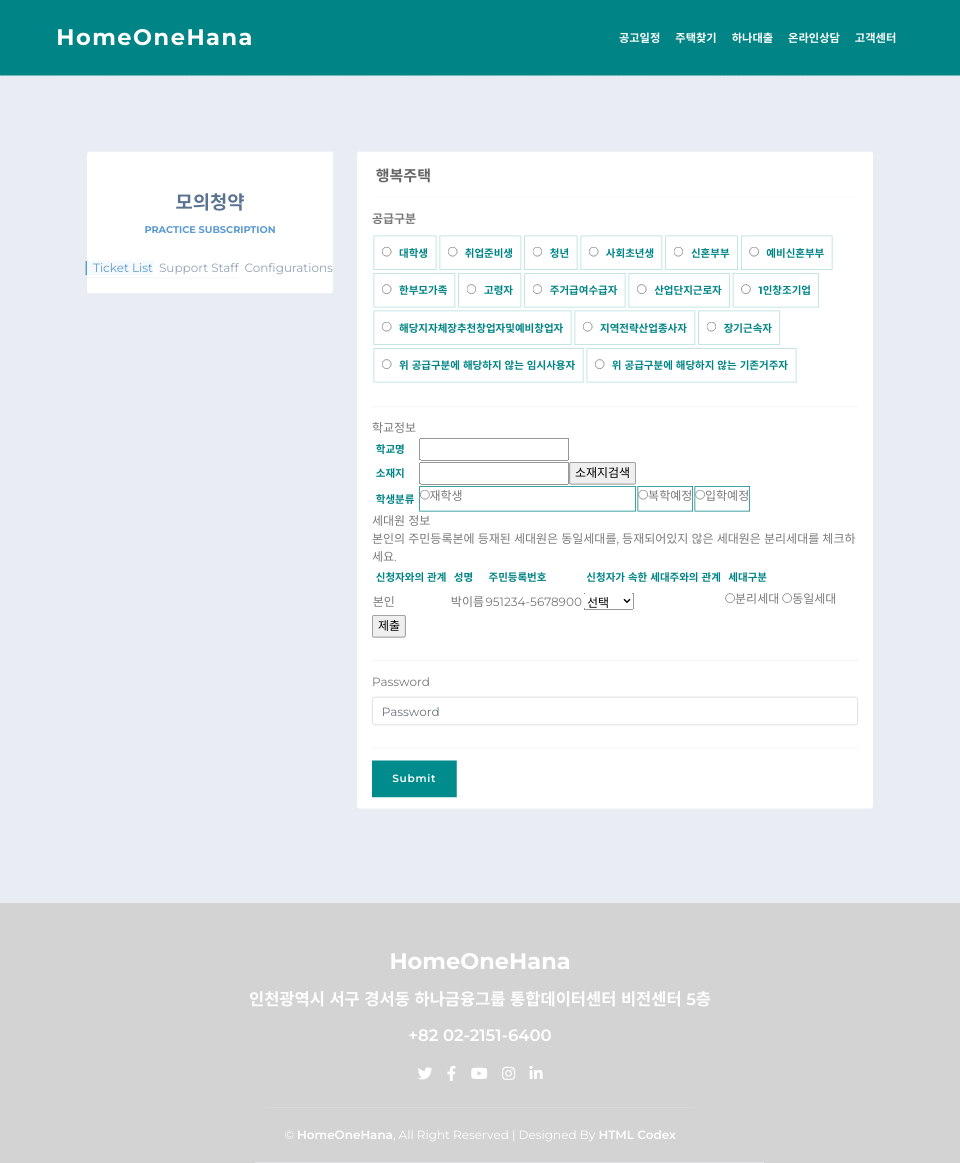
Repository: koposoftware/2021_10_syyoon
Page: http://localhost/HomeOneHana/WEB-INF/jsp/subscription/subscription.jsp
An editor plug-in stored every save of this project. The page is shown before and after the next save, followed by the edit.
The browser window is 1280 px wide. The pictures show the whole page, at 75% of full size.
Some icons come from a web library that is not loaded, so they are not drawn. Some web libraries are served in a nearby version. The page is served by Tomcat 9. Nobody is signed in. Other server files are loaded and not shown. The template is opened directly, without the code that normally fills it, so the values that code supplies are empty.

Above is the page before, as saved 2021-09-14 23:21:41.

### project/Spring-mvc/HomeOneHana/src/main/webapp/WEB-INF/jsp/subscription/subscription.jsp
<%@ page language="java" contentType="text/html; charset=UTF-8"
    pageEncoding="UTF-8"%>
<%@ taglib prefix="c" uri="http://java.sun.com/jsp/jstl/core" %>
<!DOCTYPE html>
<html>
<head>
<meta charset="UTF-8">
<title>HomeOneHana::</title>
<link href="${ pageContext.request.contextPath }/resources/css/top/menubg.css" rel="stylesheet">
<link href="${ pageContext.request.contextPath }/resources/css/subscription/subscription.css" rel="stylesheet">
<script src="https://code.jquery.com/jquery-3.6.0.js"></script>
</head>
<body>
	<header>
		<div class="limiter">
			<div class="container-login100">
				<div class="wrap-login100">
					<jsp:include page="../include/topMenu.jsp" />
				</div>
			</div>
		</div>

	</header>
	<section>

		<div class="container">
			<div class="col-md-12 bgcol">
			    <div class="col-md-4">
			        <div class="portlet light profile-sidebar-portlet bordered">
			            <div class="profile-usertitle">
			                <div class="profile-usertitle-name"> 모의청약 </div>
			                <div class="profile-usertitle-job"> practice subscription </div>
			            </div>

			            <div class="profile-usermenu">
			                <ul class="nav">
			                    <li class="active">
			                        <a href="#">
			                            <i class="icon-home"></i> Ticket List </a>
			                    </li>
			                    <li>
			                        <a href="#">
			                            <i class="icon-settings"></i> Support Staff </a>
			                    </li>
			                    <li>
			                        <a href="#">
			                            <i class="icon-info"></i> Configurations </a>
			                    </li>
			                </ul>
			            </div>
			        </div>
			    </div>
			    <div class="col-md-8">
			        <div class="portlet light bordered">
			            <div class="portlet-title tabbable-line">
			                <div class="caption caption-md">
			                    <i class="icon-globe theme-font hide"></i>
			                    <span class="caption-subject font-blue-madison bold uppercase">행복주택</span>
			                </div>
			            </div>
			            <div class="portlet-body">
			                <div>


			                    <!-- Tab panes -->
			                    <div class="tab-content">
			                        <div role="tabpanel" class="tab-pane active" id="home">
			                            <form method="get" action="${ pageContext.request.contextPath }/subscription">
			                              <div class="form-group" >
			                                <label class="ititle" >공급구분</label>
			                                	<ul class="nav btnBox" id="inputcerti">
			                                		<li class="btnOutline"><input type="radio" onClick="getvalue(this.value)" id="대학생" value="대학생" name="certification" ><label class="icontent" for="대학생"> 대학생</label></li>
			                                		<li class="btnOutline"><input type="radio" onClick="getvalue(this.value)" id="취업준비생" value="취업준비생" name="certification" ><label class="icontent" for="취업준비생"> 취업준비생</label></li>
			                                		<li class="btnOutline"><input type="radio" onClick="getvalue(this.value)" id="청년" value="청년" name="certification" ><label class="icontent" for="청년"> 청년</label></li>
			                                		<li class="btnOutline"><input type="radio" onClick="getvalue(this.value)" id="사회초년생" value="사회초년생" name="certification" ><label class="icontent" for="사회초년생"> 사회초년생</label></li>
			                                		<li class="btnOutline"><input type="radio" onClick="getvalue(this.value)" id="신혼부부"  value="신혼부부" name="certification" ><label class="icontent" for="신혼부부" > 신혼부부</label></li>
			                                		<li class="btnOutline"><input type="radio" onClick="getvalue(this.value)" id="예비신혼부부" value="예비신혼부부" name="certification" ><label class="icontent" for="예비신혼부부"> 예비신혼부부</label></li>
			                                		<li class="btnOutline"><input type="radio" onClick="getvalue(this.value)" id="한부모가족" value="한부모가족" name="certification" ><label class="icontent" for="한부모가족"> 한부모가족</label></li>
			                                		<li class="btnOutline"><input type="radio" onClick="getvalue(this.value)" id="고령자" value="고령자" name="certification" ><label class="icontent" for="고령자"> 고령자</label></li>
			                                		<li class="btnOutline"><input type="radio" onClick="getvalue(this.value)" id="주거급여수급자" value="주거급여수급자" name="certification" ><label class="icontent" for="주거급여수급자"> 주거급여수급자</label></li>
			                                		<li class="btnOutline"><input type="radio" onClick="getvalue(this.value)" id="산업단지근로자" value="산업단지근로자" name="certification" ><label class="icontent" for="산업단지근로자"> 산업단지근로자</label></li>
			                                		<li class="btnOutline"><input type="radio" onClick="getvalue(this.value)" id="1인창조기업" value="1인 창조기업" name="certification" ><label class="icontent" for="1인창조기업"> 1인창조기업</label></li>
			                                		<li class="btnOutline"><input type="radio" onClick="getvalue(this.value)" id="해당지자체장추천창업자및예비창업자" value="해당 지자체장 추천 창업자 및 예비 창업자" name="certification" ><label class="icontent" for="해당지자체장추천창업자및예비창업자"> 해당지자체장추천창업자및예비창업자</label></li>
			                                		<li class="btnOutline"><input type="radio" onClick="getvalue(this.value)" id="지역전략산업종사자" value="지역전략산업 종사자" name="certification" ><label class="icontent" for="지역전략산업종사자"> 지역전략산업종사자</label></li>
			                                		<li class="btnOutline"><input type="radio" onClick="getvalue(this.value)" id="장기근속자" value="장기근속자" name="certification" ><label class="icontent" for="장기근속자"> 장기근속자</label></li>
			                                		<li class="btnOutline"><input type="radio" onClick="getvalue(this.value)" id="etc1" value="위 공급구분에 해당하지 않는 임시사용자" name="certification" ><label class="icontent" for="etc1"> 위 공급구분에 해당하지 않는 임시사용자</label></li>
			                                		<li class="btnOutline"><input type="radio" onClick="getvalue(this.value)" id="etc2" value="위 공급구분에 해당하지 않는 기존거주자" name="certification" ><label class="icontent" for="etc2"> 위 공급구분에 해당하지 않는 기존거주자</label></li>
			                                	</ul>
			                              </div>
			                                <div id="ranking-group">

			                                </div>
			                                <div id="agree-group">
			                                	<div class="form-group">


			                                			<div>학교정보</div>
				                                		<table>
				                                			<tr>
				                                				<th><div class="icontent">학교명</div></th>
				                                				<td><input type="text" name="schoolname"></td>
				                                			</tr>
				                                			<tr>
				                                				<th><div class="icontent">소재지</div></th>
				                                				<td><input type="text" name="schooladdr"><input type="button" value="소재지검색"></td>
				                                			</tr>
				                                			<tr>
				                                				<th><div class="icontent">학생분류</div></th>
				                                				<td><div style="border:1px solid #008485;"><input type="radio" id="재학생" name="schooltype" value="재학생"><label for="재학생"  class="ranktitle"> 재학생</label></div></td>
				                                				<td><div style="border:1px solid #008485;"><input type="radio" id="복학예정" name="schooltype" value="복학예정"><label for="복학예정"  class="ranktitle"> 복학예정</label></div></td>
				                                				<td><div style="border:1px solid #008485;"><input type="radio" id="입학예정" name="schooltype" value="입학예정"><label for="입학예정"  class="ranktitle"> 입학예정</label></div></td>
				                                			</tr>
				                                		</table>


				                                		<div>세대원 정보</div>
				                                		<div>본인의 주민등록본에 등재된 세대원은 동일세대를, 등재되어있지 않은 세대원은 분리세대를 체크하세요.</div>
				                                		<table>
				                                			<thead>
					                                			<tr>
					                                				<th><div class="icontent">신청자와의 관계</div></th>
					                                				<th><div class="icontent">성명</div></th>
					                                				<th><div class="icontent">주민등록번호</div></th>
					                                				<th><div class="icontent">신청자가 속한 세대주와의 관계</div></th>
					                                				<th><div class="icontent">세대구분</div></th>
					                                			</tr>
				                                			</thead>
				                                			<tbody>
				                                				<tr>
				                                					<td>본인</td>
				                                					<td>박이름</td>
				                                					<td>951234-5678900</td>
				                                					<td><select>
				                                							<option selected>선택</option>
				                                							<option>부모</option>
				                                							<option>자식</option>
				                                							<option>형제</option>
				                                							<option>조부모</option>
				                                						</select>
				                                					</td>
				                                					<td>
				                                						<input type="radio" id="seperate" name="familytype" value="분리세대"><label for="seperate" >분리세대</label>
				                                						<input type="radio" id="same" name="familytype" value="동일세대"><label for="same" >동일세대</label>
				                                					</td>
				                                			</tbody>
				                                		</table>
				                                		<input type="submit" value="제출">



				                              </div>

			                                </div>

			                              <div class="form-group">
			                                <label for="exampleInputPassword1">Password</label>
			                                <input type="password" class="form-control" id="exampleInputPassword1" placeholder="Password">
			                              </div>

			                              <button type="submit" class="btn btn-default">Submit</button>
			                            </form>
			                        </div>
			                        <div role="tabpanel" class="tab-pane" id="profile">Profile</div>
			                        <div role="tabpanel" class="tab-pane" id="messages">Messages</div>
			                        <div role="tabpanel" class="tab-pane" id="settings">Settings</div>
			                    </div>

			                </div>
			            </div>
			        </div>
			    </div>
			</div>
			</div>

	</section>
	<script src="${ pageContext.request.contextPath }/resources/js/subscription/subscription.js"></script>
	<footer>
		<jsp:include page="../include/bottomMenu.jsp" />
	</footer>
</body>
</html>

### project/Spring-mvc/HomeOneHana/src/main/webapp/WEB-INF/jsp/include/topMenu.jsp
<%@ page language="java" contentType="text/html; charset=UTF-8"
    pageEncoding="UTF-8"%>
<%@ taglib prefix="c" uri="http://java.sun.com/jsp/jstl/core" %>

        <meta content="width=device-width, initial-scale=1.0" name="viewport">
        <meta content="Free Website Template" name="keywords">
        <meta content="Free Website Template" name="description">


		<!-- font-awesome icon  -->
		<link href="//maxcdn.bootstrapcdn.com/font-awesome/4.1.0/css/font-awesome.min.css" rel="stylesheet" />

        <!-- Favicon -->
        <!-- <link href="/Practice-Web/Front/img/favicon.ico" rel="icon"> -->

        <!-- Google Font -->
        <link href="https://fonts.googleapis.com/css2?family=Montserrat:wght@300;400;500;600;700&display=swap" rel="stylesheet">
		<link href="https://fonts.googleapis.com/css2?family=Noto+Sans+KR:wght@100&display=swap" rel="stylesheet">

        <!-- CSS Libraries -->
        <link href="https://stackpath.bootstrapcdn.com/bootstrap/4.4.1/css/bootstrap.min.css" rel="stylesheet">
        <link href="https://cdnjs.cloudflare.com/ajax/libs/font-awesome/5.10.0/css/all.min.css" rel="stylesheet">

        <link href="${ pageContext.request.contextPath }/resources/lib/animate/animate.min.css" rel="stylesheet">
        <link href="${ pageContext.request.contextPath }/resources/lib/owlcarousel/assets/owl.carousel.min.css" rel="stylesheet">
        <link href="${ pageContext.request.contextPath }/resources/lib/lightbox/css/lightbox.min.css" rel="stylesheet">



        <!-- Template Stylesheet -->
        <link href="${ pageContext.request.contextPath }/resources/css/style.css" rel="stylesheet">

<!-- Nav Bar Start -->
<div class="navbar navbar-expand-lg bg-light navbar-light">
    <div class="container-fluid">
        <a href="${ pageContext.request.contextPath }/" class="navbar-brand">HomeOneHana</a>
        <button type="button" class="navbar-toggler" data-toggle="collapse" data-target="#navbarCollapse">
            <span class="navbar-toggler-icon"></span>
        </button>

        <div class="collapse navbar-collapse justify-content-between" id="navbarCollapse">
            <div class="navbar-nav ml-auto">
                <!-- <a href="Front/index2.jsp" class="nav-item nav-link active">Home</a> -->
                <a href="${ pageContext.request.contextPath }/schedule" class="nav-item nav-link">공고일정</a>
                <a href="${ pageContext.request.contextPath }/search" class="nav-item nav-link">주택찾기</a>
                <a href="${ pageContext.request.contextPath }/loan" class="nav-item nav-link">하나대출</a>
                <a href="${ pageContext.request.contextPath }/consult/reservation" class="nav-item nav-link">온라인상담</a>
                <a href="#" class="nav-item nav-link">고객센터</a>


                <%--로그인사용자만 접근가능 --%>
                <c:if test="${ not empty sessionScope.loginVO  }">
	               	<a href="${ pageContext.request.contextPath }/logout" class="nav-item nav-link">로그아웃</a>
	                <a href="#" class="nav-item nav-link"><i class="fas fa-user-circle fa-3x"></i></a>
                </c:if>

            </div>
        </div>
    </div>
</div>

### project/Spring-mvc/HomeOneHana/src/main/webapp/WEB-INF/jsp/include/bottomMenu.jsp
<%@ page language="java" contentType="text/html; charset=UTF-8"
    pageEncoding="UTF-8"%>
		<!-- Footer Start -->
        <div class="footer wow fadeIn" data-wow-delay="0.3s">
            <div class="container-fluid">
                <div class="container">
                    <div class="footer-info">
                        <h2>HomeOneHana</h2>
                        <h3>인천광역시 서구 경서동 하나금융그룹 통합데이터센터 비전센터 5층</h3>
                        <div class="footer-menu">
                            <p>+82 02-2151-6400</p>
                        </div>
                        <div class="footer-social">
                            <a href=""><i class="fab fa-twitter"></i></a>
                            <a href=""><i class="fab fa-facebook-f"></i></a>
                            <a href=""><i class="fab fa-youtube"></i></a>
                            <a href=""><i class="fab fa-instagram"></i></a>
                            <a href=""><i class="fab fa-linkedin-in"></i></a>
                        </div>
                    </div>
                </div>
                <div class="container copyright">
                    <p>&copy; <a href="#">HomeOneHana</a>, All Right Reserved | Designed By <a href="https://htmlcodex.com">HTML Codex</a></p>
                </div>
            </div>
        </div>
        <!-- Footer End -->


        <!-- Back to top button -->
        <a href="#" class="btn back-to-top"><i class="fa fa-chevron-up"></i></a>


        <!-- Pre Loader -->
        <div id="loader" class="show">
            <div class="loader"></div>
        </div>


		<!-- JavaScript Libraries -->
        <script src="https://code.jquery.com/jquery-3.4.1.min.js"></script>
        <script src="https://stackpath.bootstrapcdn.com/bootstrap/4.4.1/js/bootstrap.bundle.min.js"></script>
        <script src="${ pageContext.request.contextPath }/resources/lib/easing/easing.min.js"></script>
        <script src="${ pageContext.request.contextPath }/resources/lib/wow/wow.min.js"></script>
        <script src="${ pageContext.request.contextPath }/resources/lib/waypoints/waypoints.min.js"></script>
        <script src="${ pageContext.request.contextPath }/resources/lib/typed/typed.min.js"></script>
        <script src="${ pageContext.request.contextPath }/resources/lib/owlcarousel/owl.carousel.min.js"></script>
        <script src="${ pageContext.request.contextPath }/resources/lib/isotope/isotope.pkgd.min.js"></script>
        <script src="${ pageContext.request.contextPath }/resources/lib/lightbox/js/lightbox.min.js"></script>

        <!-- Contact Javascript File -->
        <script src="${ pageContext.request.contextPath }/resources/mail/jqBootstrapValidation.min.js"></script>
        <script src="${ pageContext.request.contextPath }/resources/mail/contact.js"></script>

        <!-- Template Javascript -->
        <script src="${ pageContext.request.contextPath }/resources/js/main.js"></script>

### project/Spring-mvc/HomeOneHana/src/main/webapp/resources/css/top/menubg.css
@charset "UTF-8";


header{
	height:101px;
	background-color:#008485;
}
@media(max-width:992px){
	header{
		height:70px;
	}
}

Loaded but not shown: project/Spring-mvc/HomeOneHana/src/main/webapp/resources/lib/animate/animate.min.css (library); project/Spring-mvc/HomeOneHana/src/main/webapp/resources/lib/owlcarousel/assets/owl.carousel.min.css (common file); project/Spring-mvc/HomeOneHana/src/main/webapp/resources/lib/lightbox/css/lightbox.min.css (common file); project/Spring-mvc/HomeOneHana/src/main/webapp/resources/lib/easing/easing.min.js (common file); project/Spring-mvc/HomeOneHana/src/main/webapp/resources/lib/wow/wow.min.js (library); project/Spring-mvc/HomeOneHana/src/main/webapp/resources/lib/waypoints/waypoints.min.js (library); project/Spring-mvc/HomeOneHana/src/main/webapp/resources/lib/typed/typed.min.js (library); project/Spring-mvc/HomeOneHana/src/main/webapp/resources/lib/owlcarousel/owl.carousel.min.js (library); project/Spring-mvc/HomeOneHana/src/main/webapp/resources/lib/isotope/isotope.pkgd.min.js (library); project/Spring-mvc/HomeOneHana/src/main/webapp/resources/lib/lightbox/js/lightbox.min.js (library); project/Spring-mvc/HomeOneHana/src/main/webapp/resources/mail/jqBootstrapValidation.min.js (library); project/Spring-mvc/HomeOneHana/src/main/webapp/resources/js/subscription/subscription.js (162 lines, source omitted); project/Spring-mvc/HomeOneHana/src/main/webapp/resources/js/main.js (108 lines, source omitted); project/Spring-mvc/HomeOneHana/src/main/webapp/resources/mail/contact.js (65 lines, source omitted); project/Spring-mvc/HomeOneHana/src/main/webapp/resources/css/subscription/subscription.css (2137 lines, source omitted); project/Spring-mvc/HomeOneHana/src/main/webapp/resources/css/style.css (1648 lines, source omitted)

After the next save:
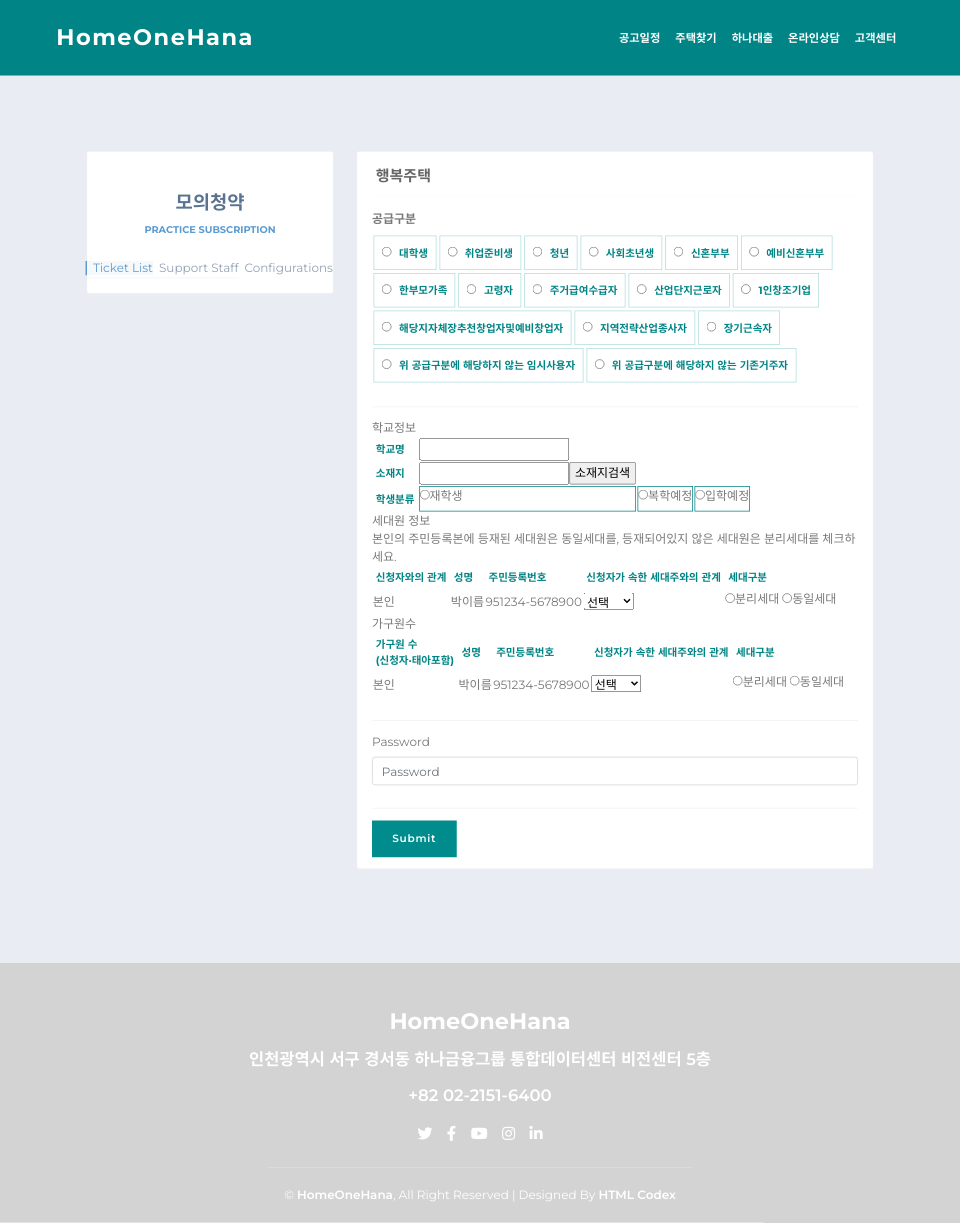
Saved 2 min 56 s later.
--- a/project/Spring-mvc/HomeOneHana/src/main/webapp/WEB-INF/jsp/subscription/subscription.jsp
+++ b/project/Spring-mvc/HomeOneHana/src/main/webapp/WEB-INF/jsp/subscription/subscription.jsp
@@ -144,8 +144,37 @@
 				                                					</td>
 				                                			</tbody>
 				                                		</table>
-				                                		<input type="submit" value="제출">
-
+
+				                                		<div>가구원수</div>
+				                                		<table>
+				                                			<thead>
+					                                			<tr>
+					                                				<th><div class="icontent">가구원 수<br>(신청자·태아포함)</div></th>
+					                                				<th><div class="icontent">성명</div></th>
+					                                				<th><div class="icontent">주민등록번호</div></th>
+					                                				<th><div class="icontent">신청자가 속한 세대주와의 관계</div></th>
+					                                				<th><div class="icontent">세대구분</div></th>
+					                                			</tr>
+				                                			</thead>
+				                                			<tbody>
+				                                				<tr>
+				                                					<td>본인</td>
+				                                					<td>박이름</td>
+				                                					<td>951234-5678900</td>
+				                                					<td><select>
+				                                							<option selected>선택</option>
+				                                							<option>부모</option>
+				                                							<option>자식</option>
+				                                							<option>형제</option>
+				                                							<option>조부모</option>
+				                                						</select>
+				                                					</td>
+				                                					<td>
+				                                						<input type="radio" id="seperate" name="familytype" value="분리세대"><label for="seperate" >분리세대</label>
+				                                						<input type="radio" id="same" name="familytype" value="동일세대"><label for="same" >동일세대</label>
+				                                					</td>
+				                                			</tbody>
+				                                		</table>
 
 
 				                              </div>
